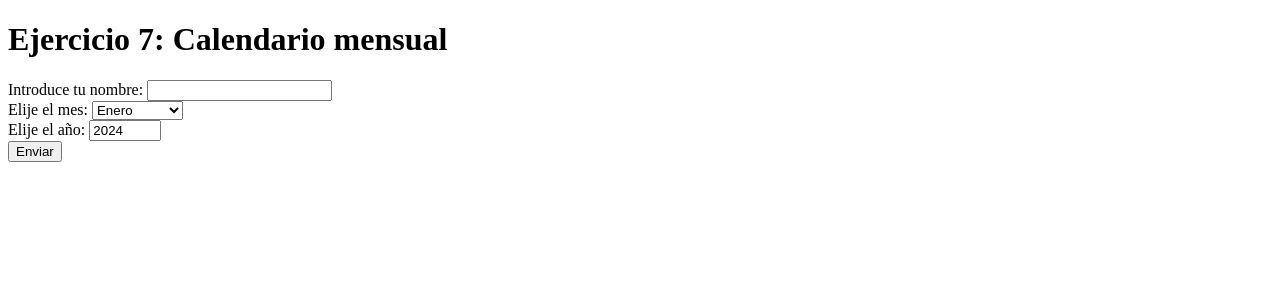
Repository: Ibizus/ejercicios_JSP
Page: http://localhost/ejercicios_Hector/ejercicio7/index.jsp
The author's editor kept a copy of each file at every save. The page is drawn from the files as they stood at one save, then again after the next save.
The browser window is 1280 px wide. The pictures show the whole page.
The page is served by Tomcat 9.

Above is the page before, as saved 2023-11-16 10:59:22.

### ejercicios_Hector/src/main/webapp/ejercicio7/index.jsp
<%@ page language="java" contentType="text/html; charset=UTF-8"
    pageEncoding="UTF-8"%>
<%@page import="java.util.Calendar"%>
<!DOCTYPE html>
<html>
<head>
<meta charset="UTF-8">
<title>Ejercicio 7</title>
</head>
<body>
	<h1>Ejercicio 7: Calendario mensual</h1>

	<form method="post" action="calendario.jsp">
		Introduce tu nombre:
		<input type="text" name="nombre">
		<br>
		Elije el mes:
		<select name="mes">
			<option>Enero</option>
			<option>Febrero</option>
			<option>Marzo</option>
			<option>Abril</option>
			<option>Mayo</option>
			<option>Junio</option>
			<option>Julio</option>
			<option>Agosto</option>
			<option>Septiembre</option>
			<option>Octubre</option>
			<option>Noviembre</option>
			<option>Diciembre</option>
		</select>
				<br>

		<label for="year">
            Elije el año:
            <input type="number" name="year" id="year"
                min="0000" max="2050" step="1" value="2024">
		<br>
		<input type="submit" value="Enviar">
	</form>

	<%
        // creating calendar object
        Calendar calendar = Calendar.getInstance();
	 %>




</body>
</html>

After the next save:
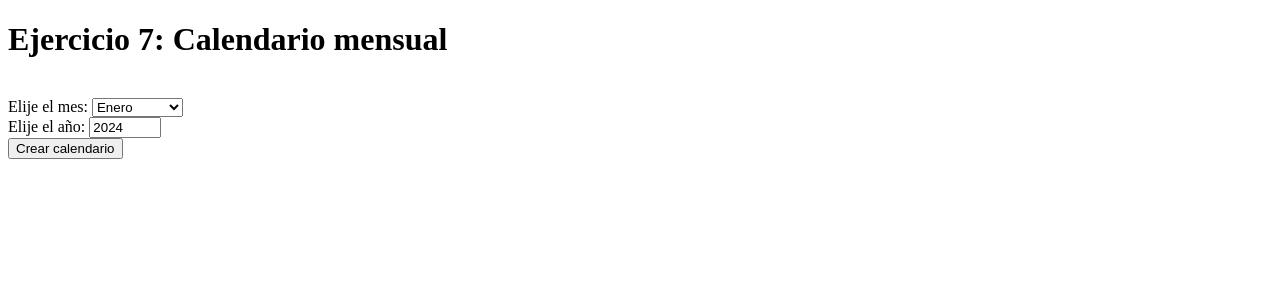
Saved 73 s later.
--- a/ejercicios_Hector/src/main/webapp/ejercicio7/index.jsp
+++ b/ejercicios_Hector/src/main/webapp/ejercicio7/index.jsp
@@ -11,8 +11,7 @@
 	<h1>Ejercicio 7: Calendario mensual</h1>
 
 	<form method="post" action="calendario.jsp">
-		Introduce tu nombre:
-		<input type="text" name="nombre">
+
 		<br>
 		Elije el mes:
 		<select name="mes">
@@ -36,7 +35,7 @@
             <input type="number" name="year" id="year"
                 min="0000" max="2050" step="1" value="2024">
 		<br>
-		<input type="submit" value="Enviar">
+		<input type="submit" value="Crear calendario">
 	</form>
 
 	<%
